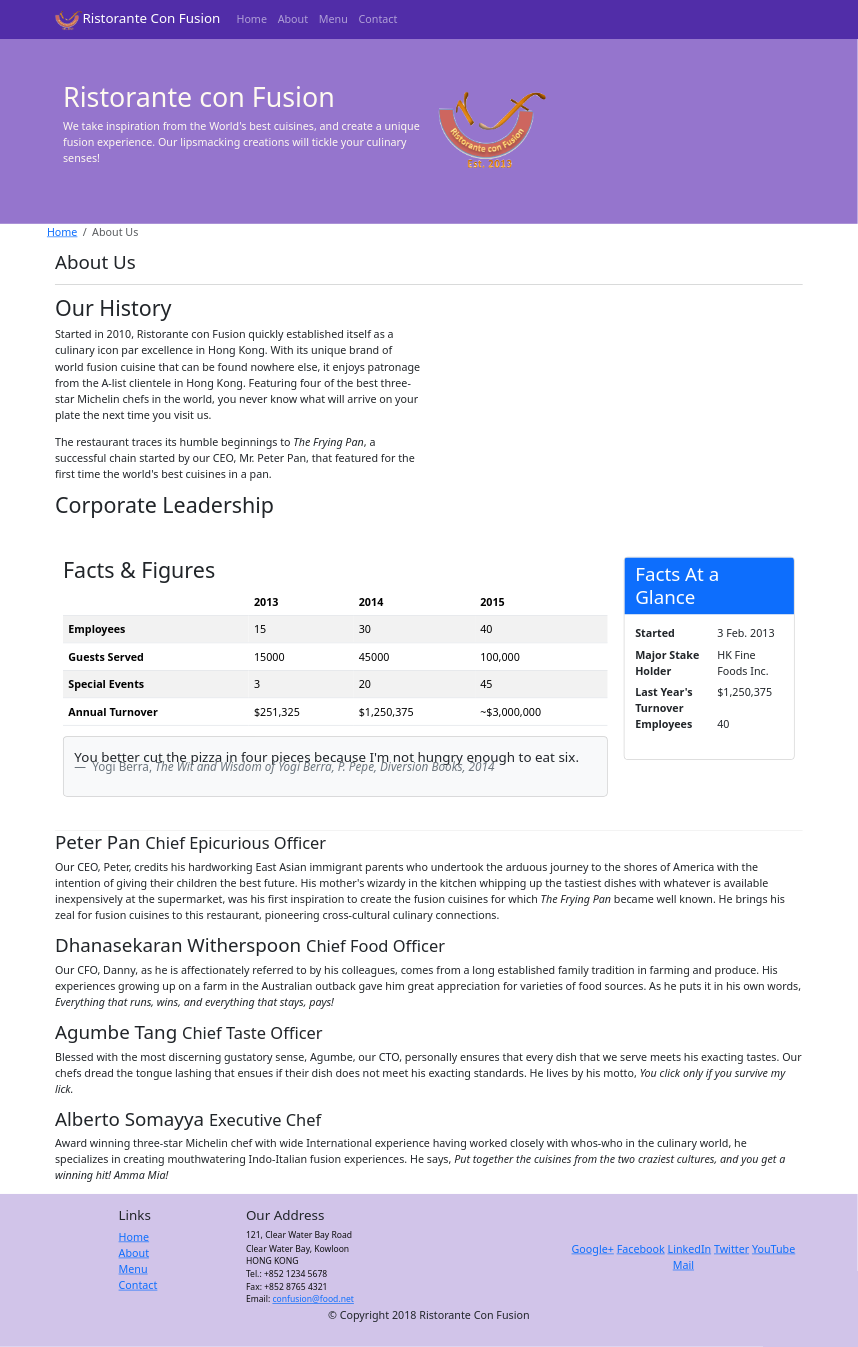
Repository: DungBuiTuan/FER201m
Page: aboutus.html
An editor plug-in stored every save of this project. The page is shown before and after the next save, followed by the edit.
The browser window is 1280 px wide. The pictures show the whole page, at 67% of full size.
Some web libraries are served in a nearby version.

Above is the page before, as saved 2023-05-18 00:15:16.

### aboutus.html
<!DOCTYPE html>
<html lang="en">
  <head>
    <title>Ristorante Con Fusion: About Us</title>
    <meta charset="utf-8" />
    <meta
      name="viewport"
      content="width=device-width, initial-scale=1, shrink-to-fit=no"
    />
    <meta http-equiv="x-ua-compatible" content="ie=edge" />
    <!-- Bootstrap CSS -->
    <link
      rel="stylesheet"
      href="node_modules/bootstrap/dist/css/bootstrap.min.css"
    />
    <link href="CSS/styles.css" rel="stylesheet" />
  </head>

  <body>
    <nav class="navbar navbar-dark navbar-expand-sm fixed-top">
      <div class="container">
        <button
          class="navbar-toggler"
          type="button"
          data-toggle="collapse"
          data-target="#Navbar"
        >
          <span class="navbar-toggler-icon"></span>
        </button>
        <a class="navbar-brand mr-auto" href="#"
          ><img src="img/img/logo.png" height="30" width="41" />Ristorante Con
          Fusion</a
        >
        <div class="collapse navbar-collapse" id="Navbar">
          <ul class="navbar-nav mr-auto">
            <li class="nav-item active">
              <a class="nav-link" href="index.html">Home</a>
            </li>
            <li class="nav-item">
              <a class="nav-link" href="./aboutus.html">About</a>
            </li>
            <li class="nav-item"><a class="nav-link" href="#">Menu</a></li>
            <li class="nav-item"><a class="nav-link" href="contactus.html">Contact</a></li>
          </ul>
        </div>
      </div>
    </nav>
    <header class="jumbotron">
      <div class="container">
        <div class="row row-header">
          <div class="col-12 col-sm-6">
            <h1>Ristorante con Fusion</h1>
            <p>
              We take inspiration from the World's best cuisines, and create a
              unique fusion experience. Our lipsmacking creations will tickle
              your culinary senses!
            </p>
          </div>
          <div class="col-12 col-sm align-self-center">
            <img src="img/img/logo.png" class="img-fluid" />
          </div>
        </div>
      </div>
    </header>

    <div class="container">
      <div class="row">
        <ol class="col-12 breadcrumb">
          <li class="breadcrumb-item"><a href="./index.html">Home</a></li>
          <li class="breadcrumb-item active">About Us</li>
        </ol>
        <div class="col-12">
          <h3>About Us</h3>
          <hr />
        </div>
      </div>

      <div class="row">
        <div class="col-12 col-sm-6 col-md-6">
          <h2>Our History</h2>
          <p>
            Started in 2010, Ristorante con Fusion quickly established itself as
            a culinary icon par excellence in Hong Kong. With its unique brand
            of world fusion cuisine that can be found nowhere else, it enjoys
            patronage from the A-list clientele in Hong Kong. Featuring four of
            the best three-star Michelin chefs in the world, you never know what
            will arrive on your plate the next time you visit us.
          </p>
          <p>
            The restaurant traces its humble beginnings to
            <em>The Frying Pan</em>, a successful chain started by our CEO, Mr.
            Peter Pan, that featured for the first time the world's best
            cuisines in a pan.
          </p>
        </div>
        <div></div>
      </div>

      <div class="row">
        <div class="col col-sm col-md">
          <div>
            <div>
              <h2>Corporate Leadership</h2>
              <div class="row row-content">
                <div class="col-12 col-sm-9">
                  <h2>Facts &amp; Figures</h2>
                  <div class="table-responsive">
                    <table class="table table-striped">
                      <thead class="thead-dark">
                        <tr>
                          <th>&nbsp;</th>
                          <th>2013</th>
                          <th>2014</th>
                          <th>2015</th>
                        </tr>
                      </thead>
                      <tbody>
                        <tr>
                          <th>Employees</th>
                          <td>15</td>
                          <td>30</td>
                          <td>40</td>
                        </tr>
                        <tr>
                          <th>Guests Served</th>
                          <td>15000</td>
                          <td>45000</td>
                          <td>100,000</td>
                        </tr>
                        <tr>
                          <th>Special Events</th>
                          <td>3</td>
                          <td>20</td>
                          <td>45</td>
                        </tr>
                        <tr>
                          <th>Annual Turnover</th>
                          <td>$251,325</td>
                          <td>$1,250,375</td>
                          <td>~$3,000,000</td>
                        </tr>
                      </tbody>
                    </table>
                  </div>
                  <div class="col-12">
                    <div class="card card-body bg-light">
                      <blockquote class="blockquote">
                        <p class="mb-0">
                          You better cut the pizza in four pieces because I'm
                          not hungry enough to eat six.
                        </p>
                        <footer class="blockquote-footer">
                          Yogi Berra,
                          <cite title="Source Title"
                            >The Wit and Wisdom of Yogi Berra, P. Pepe,
                            Diversion Books, 2014</cite
                          >
                        </footer>
                      </blockquote>
                    </div>
                  </div>
                </div>
                <div class="col-12 col-sm-3">
                  <div class="card">
                    <h3 class="card-header bg-primary text-white">
                      Facts At a Glance
                    </h3>
                    <div class="card-body">
                      <dl class="row">
                        <dt class="col-6">Started</dt>
                        <dd class="col-6">3 Feb. 2013</dd>
                        <dt class="col-6">Major Stake Holder</dt>
                        <dd class="col-6">HK Fine Foods Inc.</dd>
                        <dt class="col-6">Last Year's Turnover</dt>
                        <dd class="col-6">$1,250,375</dd>
                        <dt class="col-6">Employees</dt>
                        <dd class="col-6">40</dd>
                      </dl>
                    </div>
                  </div>
                </div>
              </div>

              <h3>Peter Pan <small>Chief Epicurious Officer</small></h3>
            </div>
            <div class="d-none d-sm-block">
              <p>
                Our CEO, Peter, credits his hardworking East Asian immigrant
                parents who undertook the arduous journey to the shores of
                America with the intention of giving their children the best
                future. His mother's wizardy in the kitchen whipping up the
                tastiest dishes with whatever is available inexpensively at the
                supermarket, was his first inspiration to create the fusion
                cuisines for which <em>The Frying Pan</em> became well known. He
                brings his zeal for fusion cuisines to this restaurant,
                pioneering cross-cultural culinary connections.
              </p>
            </div>
          </div>
          <div>
            <div>
              <h3>
                Dhanasekaran Witherspoon <small>Chief Food Officer</small>
              </h3>
            </div>
            <div class="d-none d-sm-block">
              <p>
                Our CFO, Danny, as he is affectionately referred to by his
                colleagues, comes from a long established family tradition in
                farming and produce. His experiences growing up on a farm in the
                Australian outback gave him great appreciation for varieties of
                food sources. As he puts it in his own words,
                <em
                  >Everything that runs, wins, and everything that stays,
                  pays!</em
                >
              </p>
            </div>
          </div>
          <div>
            <div>
              <h3>Agumbe Tang <small>Chief Taste Officer</small></h3>
            </div>
            <div class="d-none d-sm-block">
              <p>
                Blessed with the most discerning gustatory sense, Agumbe, our
                CTO, personally ensures that every dish that we serve meets his
                exacting tastes. Our chefs dread the tongue lashing that ensues
                if their dish does not meet his exacting standards. He lives by
                his motto, <em>You click only if you survive my lick.</em>
              </p>
            </div>
          </div>
          <div>
            <div>
              <h3>Alberto Somayya <small>Executive Chef</small></h3>
            </div>
            <div class="d-none d-sm-block">
              <p>
                Award winning three-star Michelin chef with wide International
                experience having worked closely with whos-who in the culinary
                world, he specializes in creating mouthwatering Indo-Italian
                fusion experiences. He says,
                <em
                  >Put together the cuisines from the two craziest cultures, and
                  you get a winning hit! Amma Mia!</em
                >
              </p>
            </div>
          </div>
        </div>
      </div>
    </div>

    <footer class="footer">
      <div class="container">
        <div class="row">
          <div class="col-4 offset-1 col-sm-2">
            <h5>Links</h5>
            <ul class="list-unstyled">
              <li><a href="#">Home</a></li>
              <li><a href="#">About</a></li>
              <li><a href="#">Menu</a></li>
              <li><a href="#">Contact</a></li>
            </ul>
          </div>
          <div class="col-7 col-sm-5">
            <h5>Our Address</h5>
            <address>
              121, Clear Water Bay Road<br />
              Clear Water Bay, Kowloon<br />
              HONG KONG<br />
              Tel.: +852 1234 5678<br />
              Fax: +852 8765 4321<br />
              Email: <a href="mailto:confusion@food.net">confusion@food.net</a>
            </address>
          </div>
          <div class="col-12 col-sm-4 align-self-center">
            <div class="text-center">
              <a href="http://google.com/+">Google+</a>
              <a href="http://www.facebook.com/profile.php?id=">Facebook</a>
              <a href="http://www.linkedin.com/in/">LinkedIn</a>
              <a href="http://twitter.com/">Twitter</a>
              <a href="http://youtube.com/">YouTube</a>
              <a href="mailto:">Mail</a>
            </div>
          </div>
        </div>
        <div class="row justify-content-center">
          <div class="col-auto">
            <p>© Copyright 2018 Ristorante Con Fusion</p>
          </div>
        </div>
      </div>
    </footer>
  </body>
</html>

### css/styles.css
body{
    padding:50px 0px 0px 0px;
    z-index:0;
}

.navbar-dark {
     background-color: #512DA8;
}

.row-header{
    margin:0px auto;
    padding:0px;
}

.row-content {
    margin:0px auto;
    padding: 50px 0px 50px 0px;
    border-bottom: 1px ridge;
    min-height:400px;
}

.footer{
    background-color: #D1C4E9;
    margin:0px auto;
    padding: 20px 0px 20px 0px;
}

.jumbotron {
    padding:70px 30px 70px 30px;
    margin:0px auto;
    background: #9575CD ;
    color:floralwhite;
}

address{
    font-size:80%;
    margin:0px;
    color:#0f0f0f;
}

After the next save:
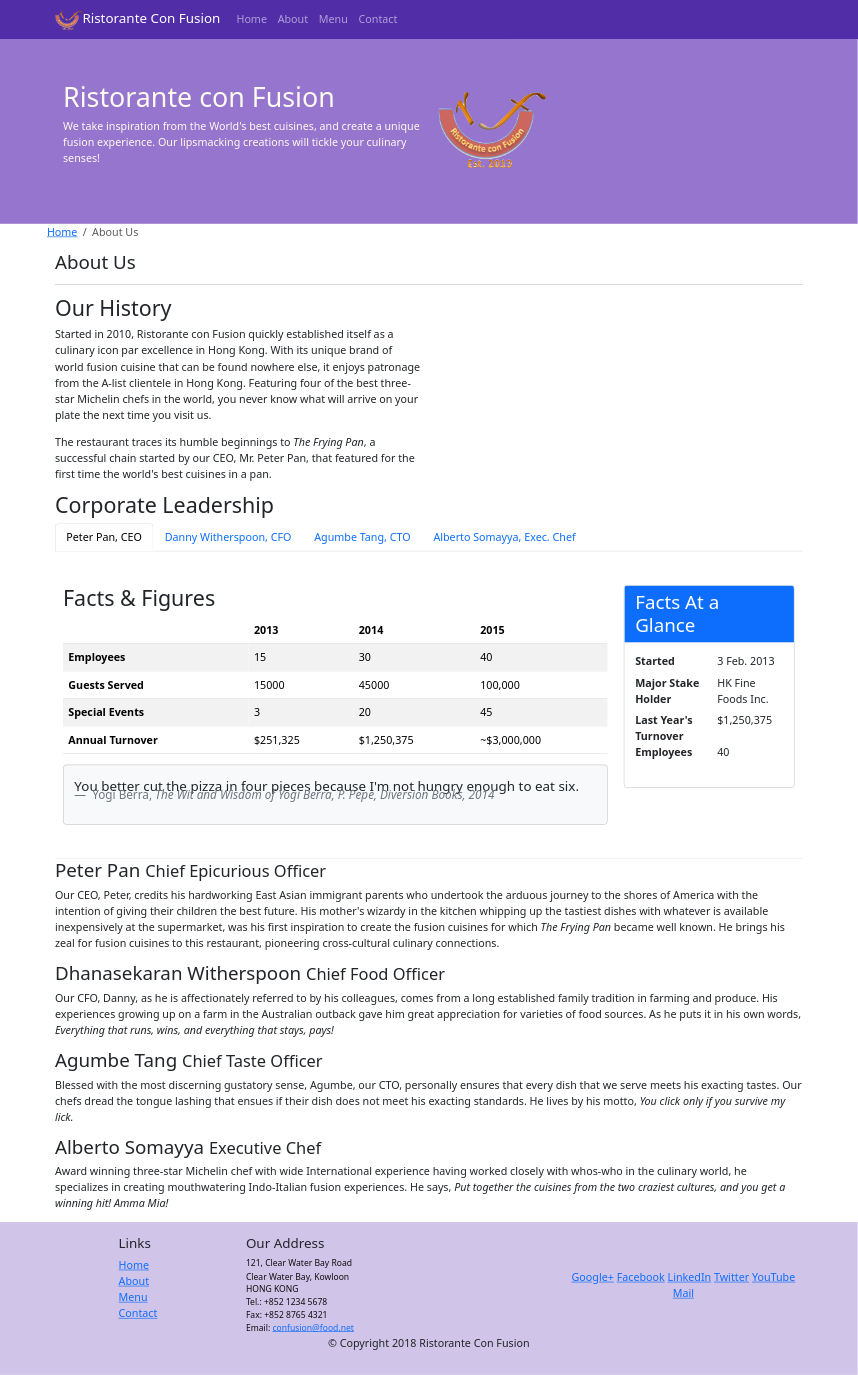
Saved 56 min 7 s later.
--- a/aboutus.html
+++ b/aboutus.html
@@ -101,6 +101,25 @@
           <div>
             <div>
               <h2>Corporate Leadership</h2>
+              <ul class="nav nav-tabs">
+                <li class="nav-item">
+                  <a class="nav-link active" href="#peter"
+                    role="tab" data-toggle="tab">Peter Pan, CEO</a>
+                </li>
+                <li class="nav-item">
+                  <a class="nav-link" href="#danny" role="tab"
+                    data-toggle="tab">Danny Witherspoon, CFO</a>
+                </li>
+                <li class="nav-item">
+                  <a class="nav-link" href="#agumbe"role="tab"
+                    data-toggle="tab">Agumbe Tang, CTO</a>
+                </li>
+                <li class="nav-item">
+                  <a class="nav-link" href="#alberto" role="tab"
+                    data-toggle="tab">Alberto Somayya, Exec. Chef</a>
+                </li>
+            </ul>
+
               <div class="row row-content">
                 <div class="col-12 col-sm-9">
                   <h2>Facts &amp; Figures</h2>
